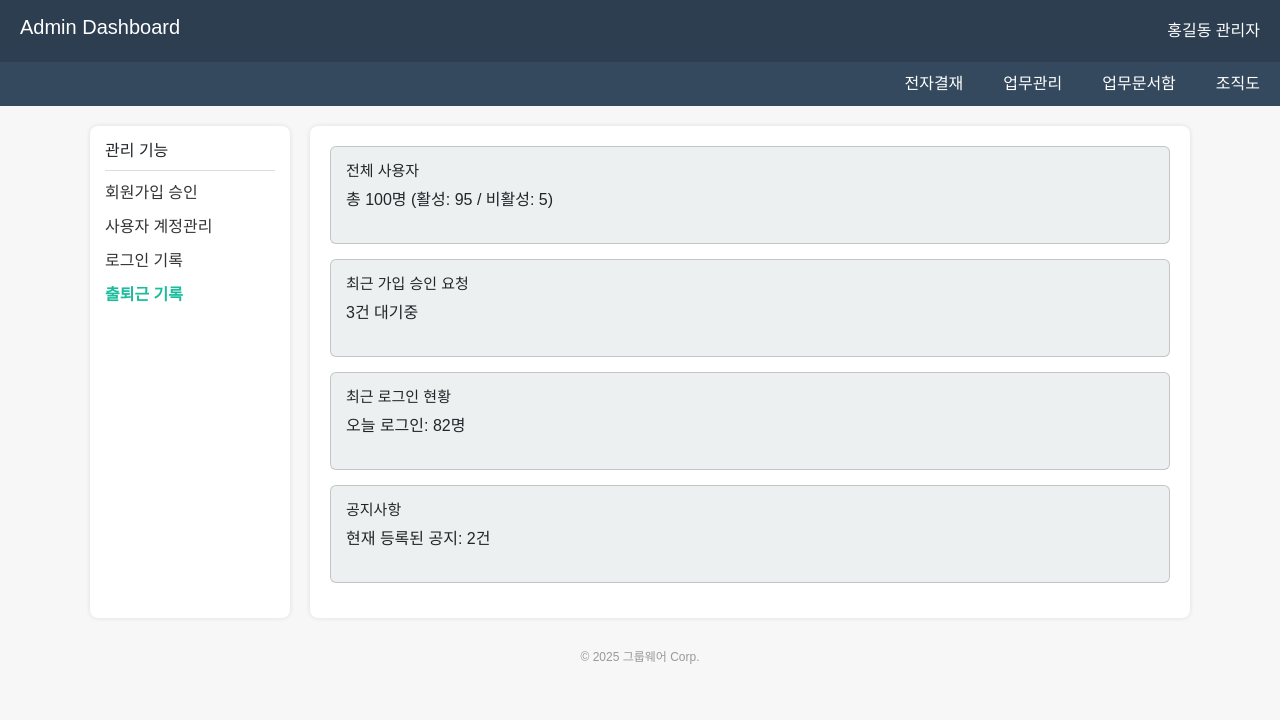
Repository: hyunbin7664/web-java-workspace
Page: groupware/src/main/webapp/admin_dashboard.html
The author's editor kept a copy of each file at every save. The page is drawn from the files as they stood at one save, then again after the next save.
The browser window is 1280 px wide. The pictures show the whole page.

Above is the page before, as saved 2025-07-07 08:36:35.

### groupware/src/main/webapp/admin_dashboard.html
<!DOCTYPE html>
<html lang="ko">
<head>
<meta charset="UTF-8">
<title>Admin Dashboard</title>
<link
	href="https://cdn.jsdelivr.net/npm/bootstrap@5.3.2/dist/css/bootstrap.min.css"
	rel="stylesheet">
<style>
body {
	margin: 0;
	font-family: Arial, sans-serif;
	background-color: #f7f7f7;
}

header {
	background-color: #2c3e50;
	color: white;
	padding: 15px 20px;
	display: flex;
	justify-content: space-between;
	align-items: center;
}

header h1 {
	font-size: 20px;
}

nav {
	display: flex;
	justify-content: flex-end;
	background-color: #34495e;
}

nav a {
	padding: 10px 20px;
	color: white;
	text-decoration: none;
	display: inline-block;
}

nav a:hover, nav a.active {
	background-color: #1abc9c;
}

.container {
	display: flex;
	padding: 20px;
}

.sidebar {
	width: 200px;
	background-color: white;
	border-radius: 8px;
	padding: 15px;
	margin-right: 20px;
	box-shadow: 0 0 5px rgba(0, 0, 0, 0.1);
}

.sidebar h3 {
	margin-top: 0;
	font-size: 16px;
	border-bottom: 1px solid #ddd;
	padding-bottom: 10px;
}

.sidebar ul {
	list-style: none;
	padding: 0;
}

.sidebar ul li {
	margin: 10px 0;
}

.sidebar ul li a {
	color: #333;
	text-decoration: none;
}

.sidebar ul li a.active, .sidebar ul li a:hover {
	color: #1abc9c;
	font-weight: bold;
}

.main-content {
	flex: 1;
	background-color: white;
	border-radius: 8px;
	padding: 20px;
	box-shadow: 0 0 5px rgba(0, 0, 0, 0.1);
}

.card {
	background-color: #ecf0f1;
	padding: 15px;
	border-radius: 6px;
	margin-bottom: 15px;
}

.card h4 {
	margin-top: 0;
	font-size: 15px;
}

footer {
	text-align: center;
	padding: 10px;
	font-size: 12px;
	color: #999;
}
</style>
</head>
<body>
	<header>
		<h1>
			<a href="admin_dashboard.html" style="text-decoration: none; color: inherit;">Admin Dashboard</a>
		</h1>
		<div>홍길동 관리자</div>
	</header>
	<nav>
		<a href="#">전자결재</a>
		<a href="#">업무관리</a>
		<a href="#">업무문서함</a>
		<a href="#">조직도</a>
	</nav>
	<div class="container">
		<div class="sidebar">
			<h3>관리 기능</h3>
			<ul>
				<li><a href="employee_approval.html">회원가입 승인</a> </li>
				<li><a href="user_list.html">사용자 계정관리</a> </li>
				<li><a href="login_log.html">로그인 기록</a> </li>
				<li><a href="attendance_log.html" class="active">출퇴근 기록</a></li>
			</ul>
		</div>

		<div class="main-content">
			<div class="card">
				<h4>전체 사용자</h4>
				<p>총 100명 (활성: 95 / 비활성: 5)</p>
			</div>

			<div class="card">
				<h4>최근 가입 승인 요청</h4>
				<p>3건 대기중</p>
			</div>

			<div class="card">
				<h4>최근 로그인 현황</h4>
				<p>오늘 로그인: 82명</p>
			</div>

			<div class="card">
				<h4>공지사항</h4>
				<p>현재 등록된 공지: 2건</p>
			</div>

		</div>
	</div>

	<footer> © 2025 그룹웨어 Corp. </footer>
</body>
</html>

After the next save:
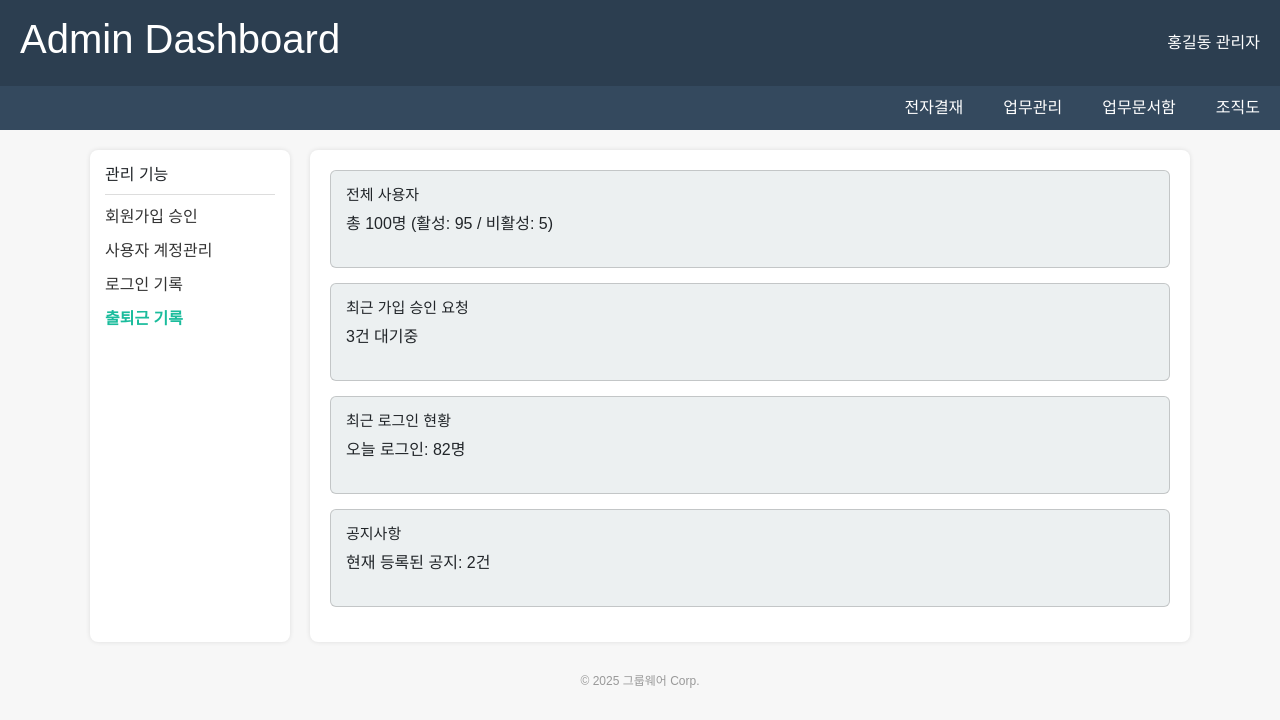
Saved 34 s later.
--- a/groupware/src/main/webapp/admin_dashboard.html
+++ b/groupware/src/main/webapp/admin_dashboard.html
@@ -8,9 +8,9 @@
 	rel="stylesheet">
 <style>
 body {
+	background-color: #f7f7f7;
+	font-family: Arial, sans-serif;
 	margin: 0;
-	font-family: Arial, sans-serif;
-	background-color: #f7f7f7;
 }
 
 header {
@@ -21,11 +21,6 @@
 	justify-content: space-between;
 	align-items: center;
 }
-
-header h1 {
-	font-size: 20px;
-}
-
 nav {
 	display: flex;
 	justify-content: flex-end;

After the save that followed:
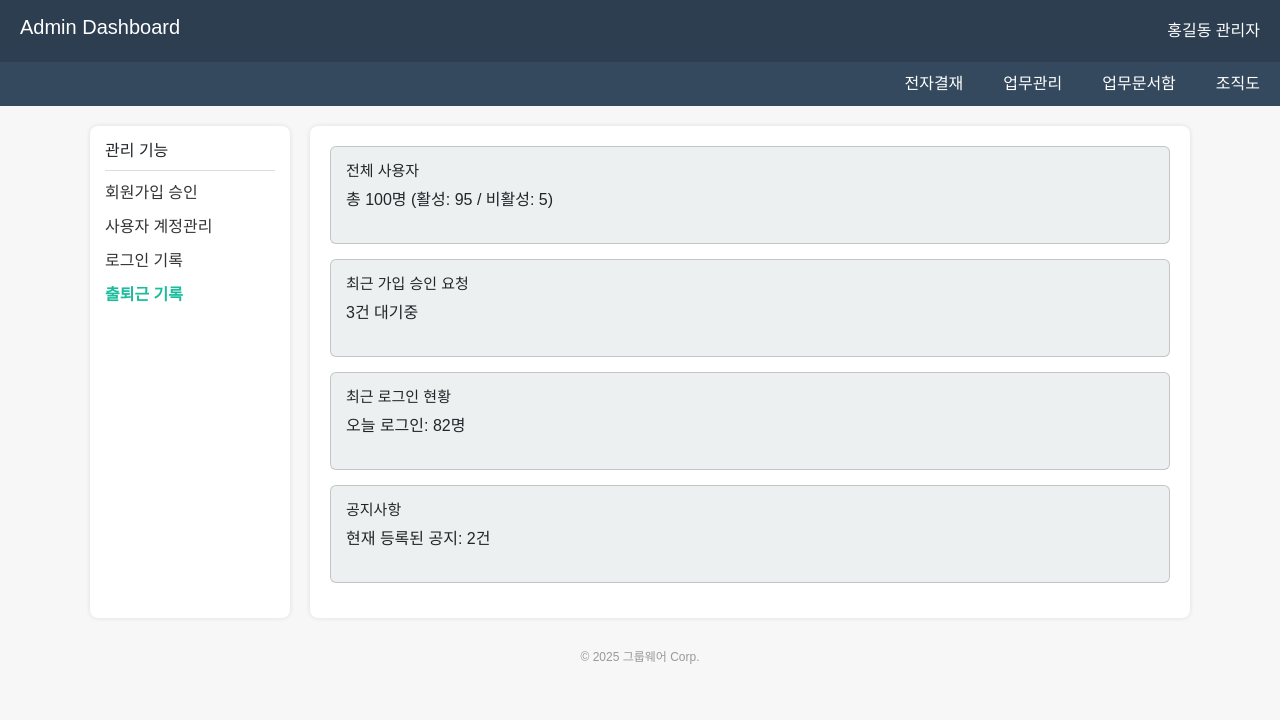
Saved 14 s later.
--- a/groupware/src/main/webapp/admin_dashboard.html
+++ b/groupware/src/main/webapp/admin_dashboard.html
@@ -21,6 +21,11 @@
 	justify-content: space-between;
 	align-items: center;
 }
+
+header h1 {
+	font-size: 20px;
+}
+
 nav {
 	display: flex;
 	justify-content: flex-end;
